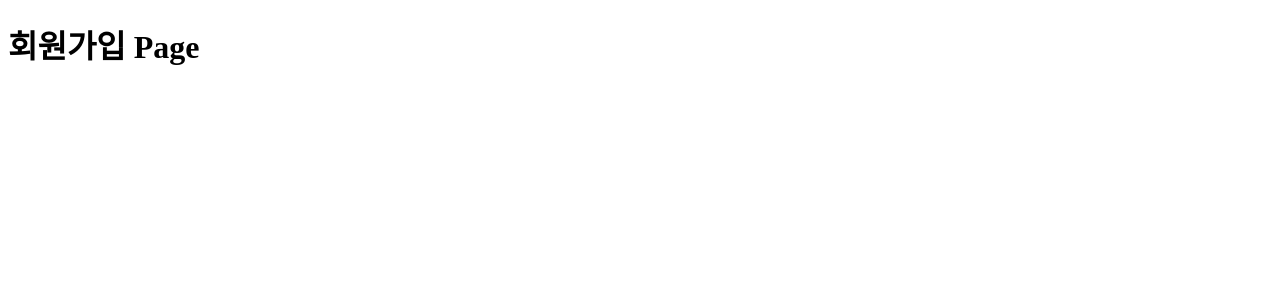
Repository: dtkd19/jsp-jstl_241022
Page: http://localhost/jsp_study/member/join.jsp
These files come from the project's save history. The page is drawn as it stood at one moment and after the next save; the edit follows.
The browser window is 1280 px wide. The pictures show the whole page.
The page is served by Tomcat 9.

Above is the page before, as saved 2024-10-25 01:53:44.

After the next save:
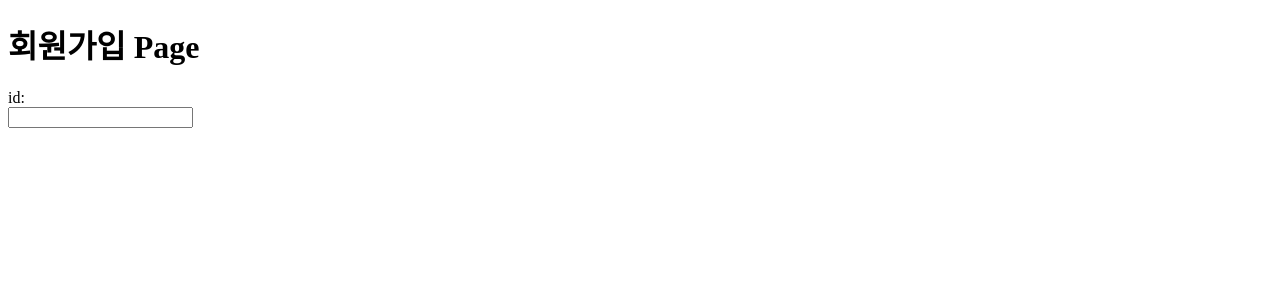
Saved 22 s later.
--- a/jsp_study/src/main/webapp/member/join.jsp
+++ b/jsp_study/src/main/webapp/member/join.jsp
@@ -10,7 +10,8 @@
 	<h1>회원가입 Page</h1>
 
 	<form action="/mem/register">
-
+	id:<br>
+	<input type="text" name="id">
 
 	</form>
 
